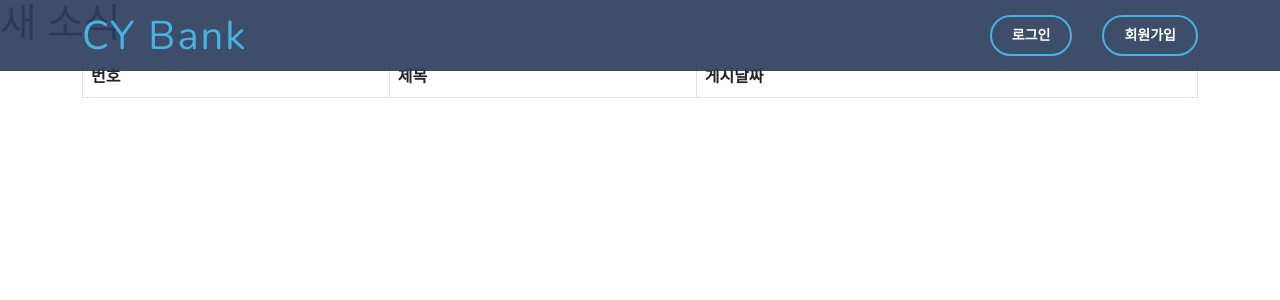
Repository: scy0814/Spring
Page: http://localhost/CYBank/jsp/notice/Notice.jsp
These files come from the project's save history. The page is drawn as it stood at one moment and after the next save; the edit follows.
The browser window is 1280 px wide. The pictures show the whole page.
The page is served by Tomcat 9.

Above is the page before, as saved 2023-06-26 13:00:25.

After the next save:
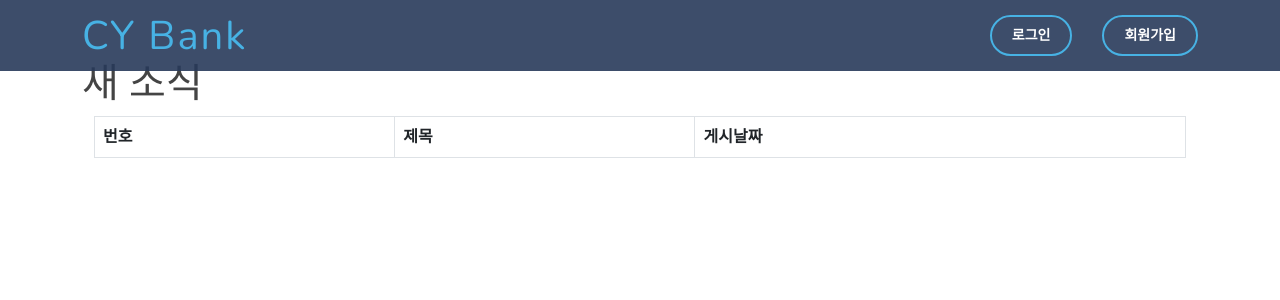
Saved 2 min 3 s later.
--- a/CYBank/src/main/webapp/jsp/notice/Notice.jsp
+++ b/CYBank/src/main/webapp/jsp/notice/Notice.jsp
@@ -31,7 +31,9 @@
 <header>
 <jsp:include page="/jsp/include/header.jsp" />
 </header>
-<h1 class="new">새 소식</h1>
+<section class="inner-page">
+      <div class="container">
+<h1 class="new" >새 소식</h1>
  <div class="container">
         <table class="table table-striped table-bordered">
             <thead class="thead-light">
@@ -53,6 +55,8 @@
         </table>
         <br/>
     </div>
+    </div>
+    </section>
      <!-- Vendor JS Files -->
   <script src="/CYBank/css/vendor/purecounter/purecounter_vanilla.js"></script>
   <script src="/CYBank/css/vendor/aos/aos.js"></script>
